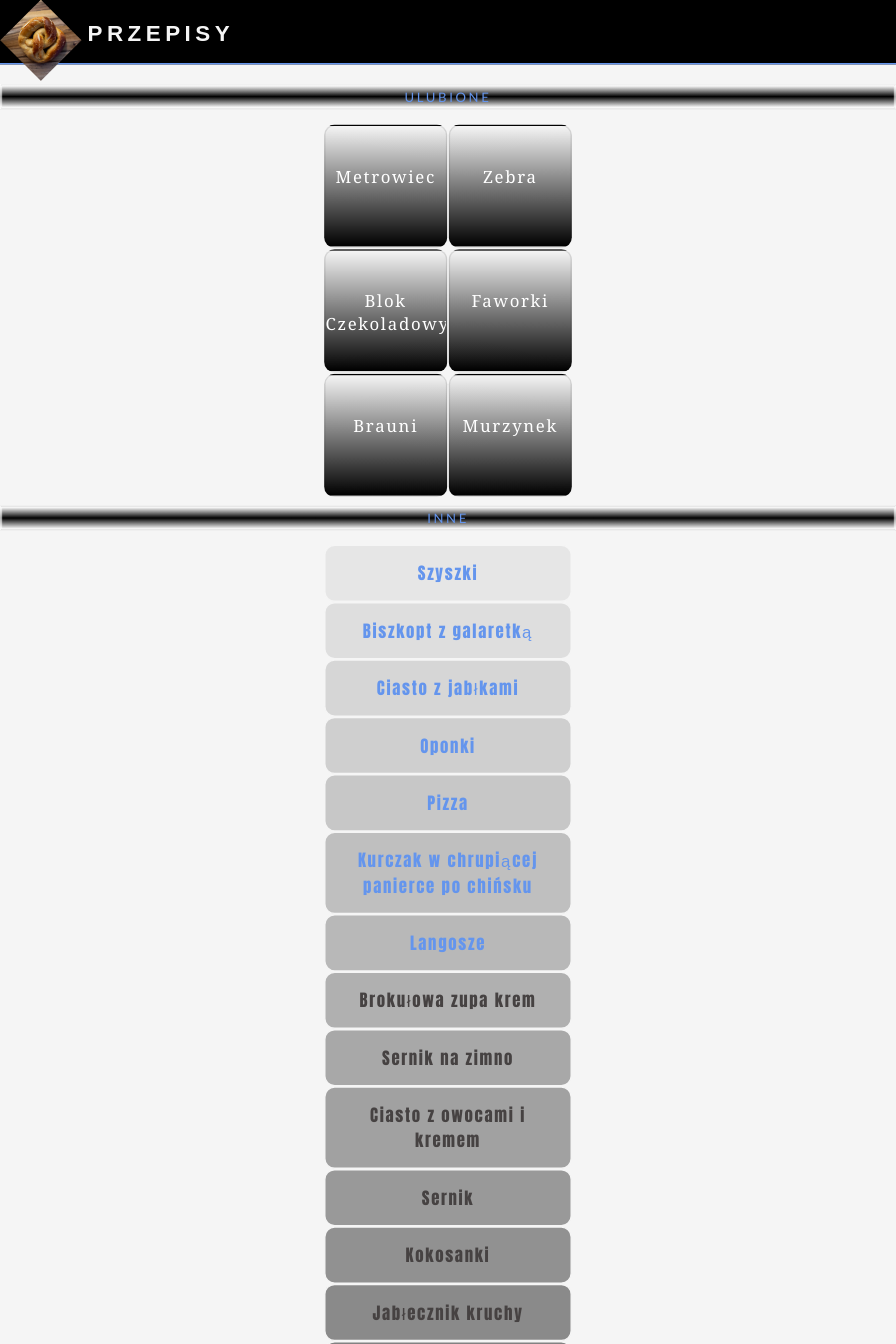
Repository: yaoayh/przepisy
Page: index.html
An editor plug-in stored every save of this project. The page is shown before and after the next save, followed by the edit.
The browser window is 1280 px wide. The pictures show the part of the page from y = 0 to 1920 px (the page is 3159 px tall), at 70% of full size.

Above is the page before, as saved 2020-08-14 00:44:15.

### index.html
<!DOCTYPE html>
<html>
    <head>
        <title>Przepisy</title>

        <meta charset="UTF-8">
        <meta name="viewport" content="width=device-width,
        initial-scale=1.0">
        <meta name="author" content="Dawid Litwin">

        <link rel="shortcut icon" href="images/icon.jpg">

        <link href="css/styles.css" type="text/css"
        rel="stylesheet" />
    </head>

    <body>
        <!--                HEADER                           -->
        <div id="header">
            <div class="picture">
                <a href="#top"><img src="images/precel.jpg" alt="precel"
                title="obrazek przedstawiajacy precel"
                width= "82,8" height= "82,8"></a>
            </div>
        <h1>Przepisy</h1>
        </div>


        <!--                    INFO 1                       -->

        <div class="info_Nr1">
            <h3>Ulubione</h3>
        </div>
        <!--                    SQARES                       -->

        <form class="head_Sqares">
            <!----------------------------------------------------------------------------------------------------------------------------------------------------------------------->
            <a class="m1" href="podstrony/metrowiec.html">
            <div class="sqares_Left">
                <p class="favorites">Metrowiec
                </p>
            </div></a>
            <a href="podstrony/Zebra.htm">
            <div class="sqares_Right">
                <p class="favorites">Zebra</p>
            </div></a>
            <!---->
            <a href="podstrony/blok_Czekoladowy.html"><div class="sqares_Left">
                <p class="bigger">Blok Czekoladowy</p>
            </div></a>
            <a href="podstrony/faworki.html"><div class="sqares_Right">
                <p>Faworki</p>
            </div></a>
            <!---->
            <a href="podstrony/brauni.html"> <div class="sqares_Left">
                <p>Brauni</p>
            </div></a>
            <a href="podstrony/murzynek.html"><div class="sqares_Right">
                <p>Murzynek</p>
            </div></a>
            <!----------------------------------------------------------------------------------------------------------------------------------------------------------------------->
        </form>
        <div class="info_Nr2">
            <h3>Inne</h3>
        </div>
        <!--            CZEŚĆ DRUGA                          -->

        <form class="main2">
            <a href="podstrony/szyszki.html"><div class="n1"><p class="p1">Szyszki</p></div></a>
            <a href="podstrony/biszkopt_z_galaretką.html"><div class="n2"><p class="p1">Biszkopt z galaretką</p></div></a>
            <a href="podstrony/ciasto_z_jablkami.html"><div class="n3"><p class="p1">Ciasto z jabłkami</p></div></a>
            <a href="podstrony/oponki.html"><div class="n4"><p class="p1">Oponki</p></div></a>
            <a href="podstrony/pizza.html"><div class="n5"><p class="p1">Pizza</p></div></a>
            <a href="podstrony/kurczak_po_chinsku.html"><div class="n6"><p class="p1">Kurczak w chrupiącej panierce po chińsku</p></div></a>
            <a href="podstrony/langosze.html"><div class="n7"><p class="p1">Langosze</p></div></a>
            <a href="podstrony/brokulowa_zupa_krem.html"><div class="n8"><p class="p1_Shadow">Brokułowa zupa krem</p></div></a>
            <a href="podstrony/sernik_na_zimno.html"><div class="n9"><p class="p1_Shadow">Sernik na zimno</p></div></a>
            <a href="podstrony/ciasto_z_owocami_i_kremem.html"><div class="n10"><p class="p1_Shadow">Ciasto z owocami i kremem</p></div></a>
            <a href="podstrony/sernik.html"><div class="n11"><p class="p1_Shadow">Sernik</p></div></a>
            <a href="podstrony/kokosanki.html"><div class="n12"><p class="p1_Shadow">Kokosanki</p></div></a>
            <a href="podstrony/jablecznik_kruchy.html"><div class="n13"><p class="p1_Shadow">Jabłecznik kruchy</p></div></a>
            <a href="podstrony/ciasto_kasi.html"><div class="n14"><p class="p1_Shadow">Ciasto Kasi</p></div></a>
            <a href="podstrony/ciasto_ucierane.html"><div class="n15"><p class="p1">Ciasto ucierane z owocami</p></div></a>
            <a href="podstrony/gofry.html"><div class="n16"><p class="p1">Gofry</p></div></a>
            <a href="podstrony/brauni.html"><div class="n17"><p class="p1">Brauni Kasi</p></div></a>
            <a href="podstrony/salatka_francuska.html"><div class="n18"><p class="p1">Sałatka francuska</p></div></a>
            <a href="podstrony/botwina.html"><div class="n19"><p class="p1">Botwina</p></div></a>
            <a href="podstrony/nalewka.html"><div class="n20"><p class="p1">Nalewka</p></div></a>
            <a href="podstrony/salatka_zolta.html"><div class="n21"><p class="p1">Sałatka żółta</p></div></a>
            <a href="podstrony/ogorki_konserwowe.html"><div class="n22"><p class="p1">Ogórki konserwowe</p></div></a>
            <a href="podstrony/zacierki.html"><div class="n23"><p class="p1">Zacierki</p></div></a>
            <div class="n24"><p class="p1">Zupa serowa z pulpetami</p></div>
            <a href="podstrony/sos_beszamelowy_zapiekany.html"><div class="n25"><p class="p1">Sos beszamelowy Zapiekany</p></div></a>
            <a href="podstrony/kurczak_z_antylii.html">
                <div class="n26">
                    <p class="p1">Kurczak z Antylii</p>
                </div>
            </a>
            <br>

        </form>
        <br><br><br>

        <!--            PRAWA AUTORIESKIE                    -->

        <form class="bottom">
            <strong> <q>Precel</q>
                by <a class="a_Bottom" href="https://www.flickr.com/photos/ajay_suresh/">ajay_suresh</a>
        </strong>
        </form>


    </body>
</html>

### css/styles.css

html{overflow: scroll;}
body {
    height: auto;
	margin: 0px;
    background-color: whitesmoke;
}

/*                      Nagłówek                    */
body.body_Undersite{
    padding: 5px;
}
#header {
    top: 0px;
    width: 100%;
    height: 90px;
    position: fixed;
    background-color: black;
    border-bottom: 2px solid cornflowerblue;}

.picture{
    margin: 16px;
    float: left;
    width: 82px;
    transform: rotate(45deg);}

h1 {
    text-transform: uppercase;
    font-family: Arial, Helvetica, sans-serif;
    letter-spacing: 0.2em;
    font-style: normal;
    color: whitesmoke;
    padding: 30px 30px 30px 15px;
    margin-left: 110px;
    margin-top: 0px;}


/*                  CZESC II                    */
form.main2{
    margin: auto;
    height: auto; /*531px;*/
    width: 354px;/*354px;*/
    background-color: whitesmoke;
    padding: 5px;}
.info_Nr1, .info_Nr2{
    background-image: linear-gradient( whitesmoke,black, whitesmoke);
    border: 12px 12px 12px 12px;
    border-color: white;
    border-style: double;
    text-align: center;
    margin-top: 120px;
    margin-bottom: 15px;
}

h3 {
    font-weight: normal;
    color: cornflowerblue;
    font-family: "Gill Sans", Arial, sans-serif;
    text-transform: uppercase;
    text-align: center;
    padding: 4px;
    margin: 0px;
    letter-spacing: 0.2em;}

/*                      BLOKI                   */

form.head_Sqares {
    margin: auto;
    height: 531px; /*531px;*/
    width: 354px;/*354px;*/
    background-color: whitesmoke;
    padding: 5px;}

.sqares_Left, .sqares_Right {
    text-decoration: none;
    border-radius: 15px;
    margin-top: 2px;
    width: 172px;
    height: 172px;
    background-image: linear-gradient(whitesmoke, black);
    color: white;
    overflow: auto;
    border: 2px solid rgba(0, 0, 0, .1);
    /* border-top: 2px solid rgb(133, 133, 133); */

}
.sqares_Left{
    float: left;
    }
/* .first_Choice{color: cornflowerblue;} */
.sqares_Right{
    float: right ;
    clear: right;}
p {

    border-radius: 5px;
    text-decoration: none;
    padding-top: 55px;
    text-align: center;
    font-family: Georgia, 'Times New Roman', Times, serif;
    font-size: x-large;
    letter-spacing: 0.10em;
    margin:0px;}
p.p1_Shadow{padding: 21px; color: rgb(70, 66, 66);
    font-family: Impact, Haettenschweiler, 'Arial Narrow Bold', sans-serif;
text-decoration: none;}
p.p1{
    font-family: Impact, Haettenschweiler, 'Arial Narrow Bold', sans-serif;
    text-decoration: none;
    padding: 21px;
    color: cornflowerblue;}
#bigger {
    font-size: 9px;
    padding: 0px 0px;}
.info_Nr2 {margin-top: 10px;}

.n1,.n2,.n3,.n4,.n5,.n6,.n7,.n8,.n9,.n10,.n11,.n12,.n13,.n14,.n15,.n16,.n17,.n18,.n19,.n20,.n21,.n22,.n23,.n24,.n25,.n26,.n27{
    border-radius: 15px;
    border: 2px solid whitesmoke;
    clear: both;}
div.n1 {

    background-color: hsl(0, 0%, 90%);
}
.n2{
    background-color: hsl(0,0%,87%);
}
.n3{
    background-color: hsl(0, 0%, 84%);
}
.n4{
    background-color: hsl(0, 0%, 81%);
}
.n5{
    background-color: hsl(0, 0%, 78%);
}
.n6{
    background-color: hsl(0, 0%, 75%);
}
.n7{
    background-color: hsl(0, 0%, 72%);
}
.n8{
    background-color: hsl(0, 0%, 69%);
}
.n9{
    background-color: hsl(0, 0%, 66%);
}
.n10{
    background-color: hsl(0, 0%, 63%);
}
.n11{
    background-color: hsl(0, 0%, 60%);
}
.n12{
    background-color: hsl(0, 0%, 57%);
}
.n13{
    background-color: hsl(0, 0%, 54%);
}
.n14{
    background-color: hsl(0, 0%, 51%);
}
.n15{
    background-color: hsl(0, 0%, 48%);
}
.n16{
    background-color: hsl(0, 0%, 45%);
}
.n17{
    background-color: hsl(0, 0%, 42%);
}
.n18{
    background-color: hsl(0, 0%, 39%);
}
.n19{
    background-color: hsl(0, 0%, 36%);
}
.n20{
    background-color: hsl(0, 0%, 33%);
}
.n21{
    background-color: hsl(0, 0%, 30%);
}
.n22{
    background-color: hsl(0, 0%, 27%);
}
.n23{
    background-color: hsl(0, 0%, 24%);
}
.n24{
    background-color: hsl(0, 0%, 21%);
}
.n25{
    background-color: hsl(0, 0%, 18%);
}
.n26{
    background-color: hsl(0, 0%, 15%);
}
.n27{background-color: hsl(0, 0%, 12%);}


/*                  PRAWA AUTORSKIE             */
.a_Bottom {
    text-decoration: none;
    color: white;
    text-decoration-line: underline;
}
.bottom {
    padding: 5px;
    text-decoration: none;
    background-color: black;
    color: white;
}
/**************************************************************************************/

#header_Undersite {
    top: 0px;
    width: 100%;
    height: 90px;
    position: fixed;
    background-color: black;
    border-bottom: 2px solid cornflowerblue;}
h1.h1_Undersite {
    letter-spacing: 0.15em;
}

a.m1:visited{
    color: cornflowerblue;
}
a {

    text-decoration: whitesmoke;

}
a:visited{
    color: whitesmoke;
}
a:hover{
    text-decoration: none;
    background-color: aquamarine;
    color: cyan;
}
td{
    font-size: large;
    text-decoration: solid;
    font-family: Arial, Helvetica, sans-serif;
    padding: 5px;
    background-color: cornflowerblue;
    border-radius: 5px;

}
form.form_Undersite{
    margin-top: 120px;
    background-color: rgb(245, 245, 245);
}
.name{
    max-width: 400px;
    border-radius: 35px;
    border: 8px double cornflowerblue;
    background-color: hsl(245,0%,95%);
    padding: 5px 0px 5px 5px;
    margin: 5px;}

h2 {
    text-align: left;
    font-size: x-large;
    text-transform: uppercase;
    font-family: Arial, Helvetica, sans-serif;
    letter-spacing: 0.2em;
    font-style: normal;
    color: whitesmoke;
    padding: 30px;
    border: 1px solid cornflowerblue;
    border-radius: 0px 20px 20px 0px;
    max-width: 120px;
    background-color: cornflowerblue;
    }
table {

    margin-right: 0px;
    padding: 10px 0px 10px 0px;
}
tr{
    empty-cells: hide;
}
td {
    width: 60px;
    background-color: hsl(0,0%,87%);
    border-radius: 10px;
    padding: 10px 5px 10px 10px;
    text-align: right;
    font-weight: bold;
}
td.table2{
    width: auto;
    background-color: cornflowerblue;
    border-radius: 50px;
    font-weight: normal;
    padding: 10px 10px 10px 10px;
    text-align: left;
}
ol{
    padding: 10px 0px 10px 0px;
    margin: 25px;
    border-radius: 20px;
    background-color: hsl(0,0%,87%);
}
li {

    font-family: Arial, Helvetica, sans-serif;
    font-size: large;
    padding: 15px 5px 10px 5px;
}
.ps{
    background-color: hsl(0,0%,87%);
    margin: 5px;
    border: 4px double cadetblue;
    border-radius: 5px;
    padding: 5px;
}

After the next save:
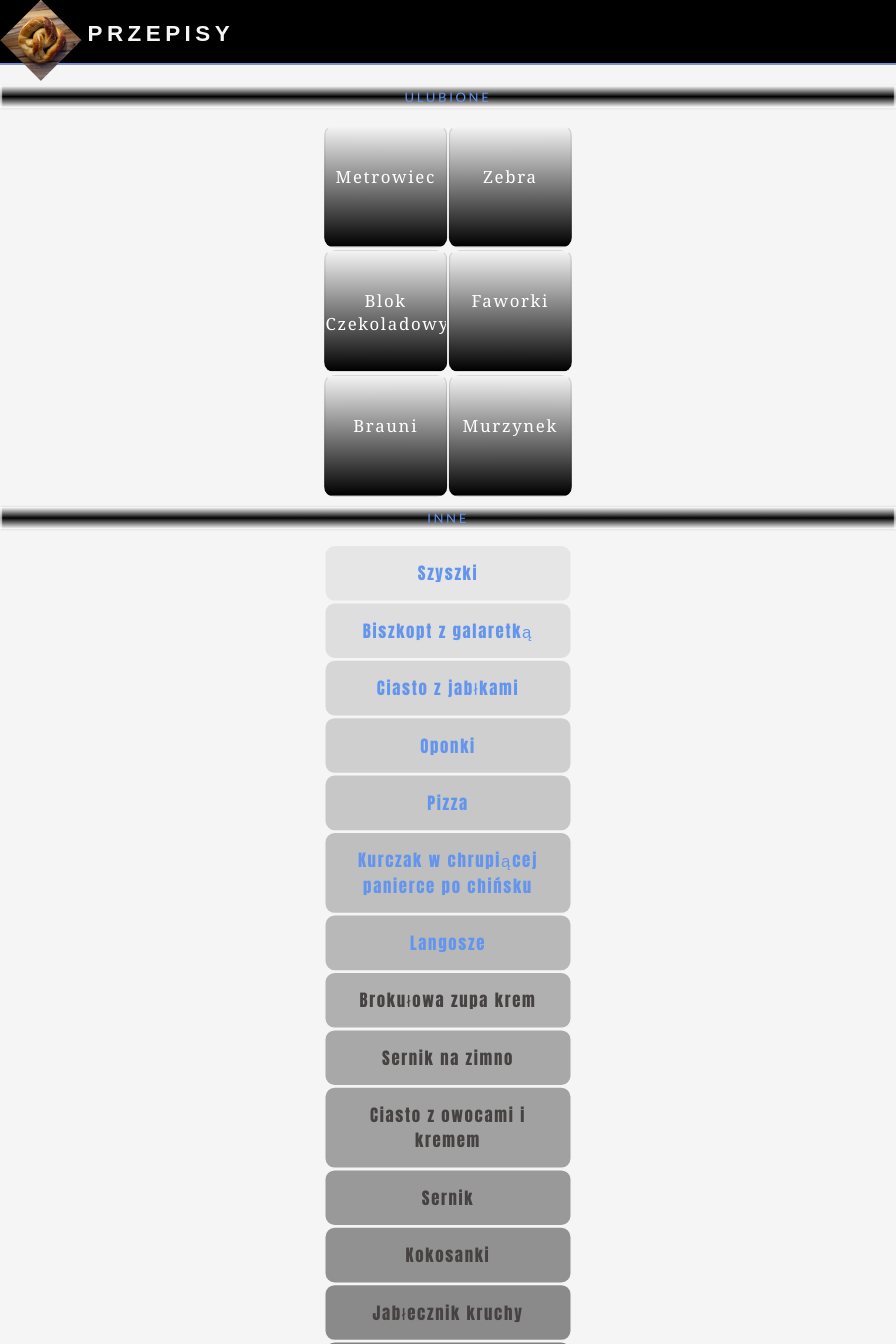
Saved 34 s later.
--- a/css/styles.css
+++ b/css/styles.css
@@ -81,6 +81,7 @@ form.head_Sqares {
     color: white;
     overflow: auto;
     border: 2px solid rgba(0, 0, 0, .1);
+    border-top: 2px solid whitesmoke;
     /* border-top: 2px solid rgb(133, 133, 133); */
 
 }
